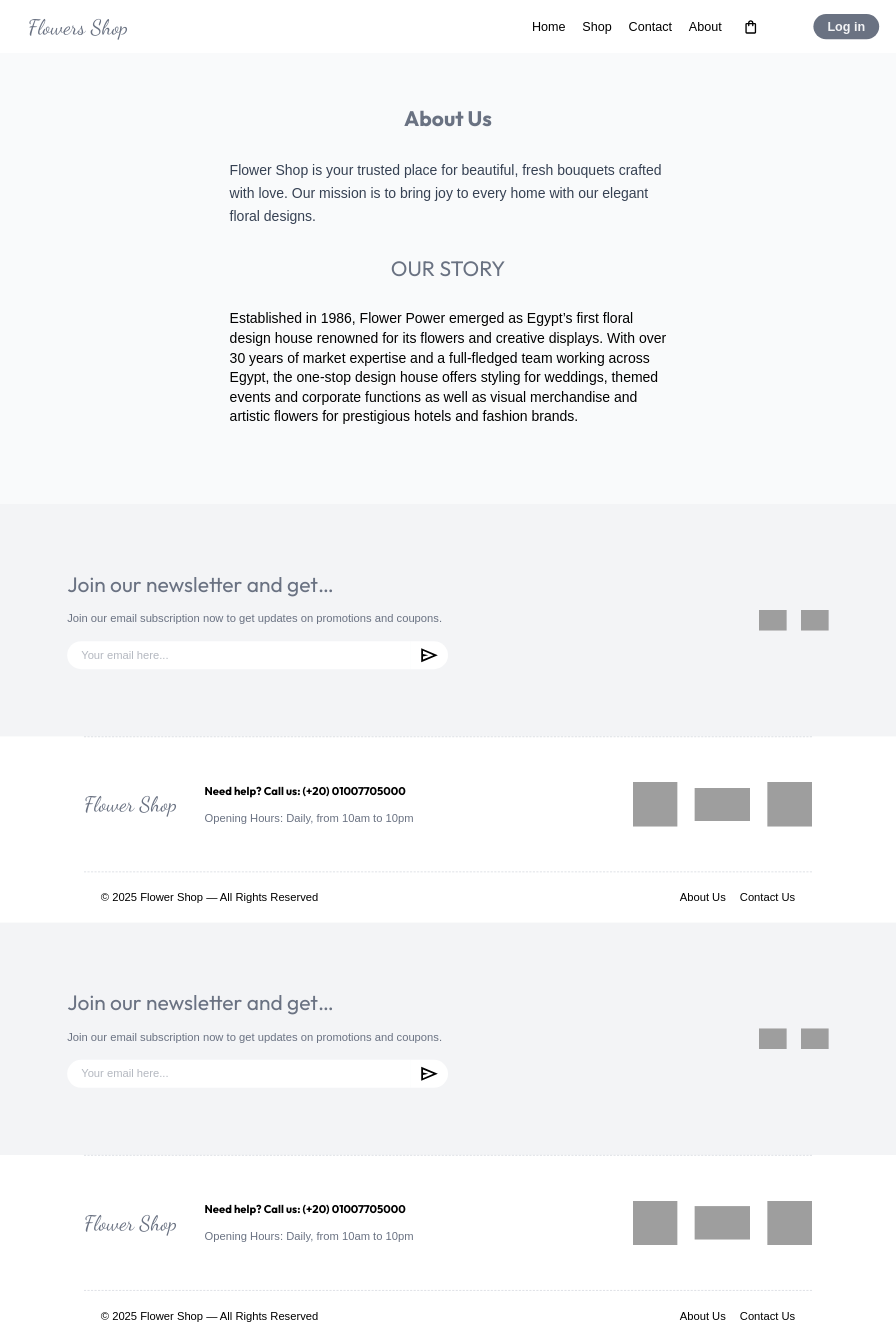
Repository: NotDebugger/flowers-shop
Page: /about
An editor plug-in stored every save of this project. The page is shown before and after the next save, followed by the edit.
The browser window is 1280 px wide. The pictures show the whole page, at 70% of full size.
Pictures or frames that could not be fetched are drawn as grey boxes. The page's requests for data from a server got no answer. Some web fonts or font styles are not loaded; a fallback is used. The project was rebuilt for these pictures with package versions that can differ from the ones it lists, and the page was loaded fresh each time. No one was signed in, and anything a server would have sent is missing. Also part of the build but not shown: vite.config.js, src/contexts/cartContext.js, src/hooks/useCart.js, src/components/ProductCard.jsx, src/pages/Shop.jsx, src/pages/ProductPage.jsx, src/pages/Cart.jsx, src/components/FeaturedProducts.jsx and 5 more.

Above is the page before, as saved 2026-04-06 15:04:57.

After the next save:
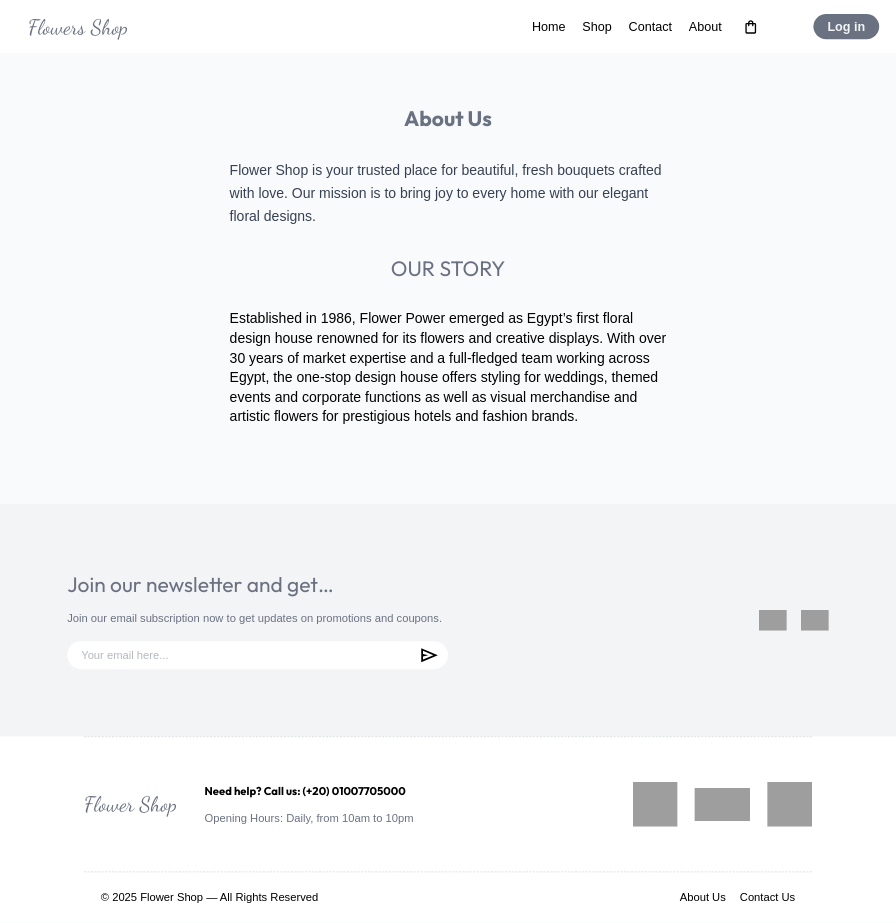
Saved 30 s later.
--- a/src/pages/About.jsx
+++ b/src/pages/About.jsx
@@ -1,28 +1,29 @@
-import Footer from "../components/Footer";
-
 export default function About() {
   return (
     <>
-    <div className="h-lvh flex justify-center items-center bg-gray-50">
-      <div className="p-6 max-w-2xl mx-auto mt-36 md:mt-10">
-        <h1 className="text-3xl font-bold mb-10 text-center text-gray-500 outfit">About Us</h1>
-        <p className="text-gray-700 leading-relaxed text-xl">
-          Flower Shop is your trusted place for beautiful, fresh bouquets
-          crafted with love. Our mission is to bring joy to every home with our
-          elegant floral designs.
-        </p>
-        <h2 className="text-3xl text-center my-10 text-gray-500 outfit">OUR STORY</h2>
-        <p className="text-xl">
-          Established in 1986, Flower Power emerged as Egypt’s first floral
-          design house renowned for its flowers and creative displays. With over
-          30 years of market expertise and a full-fledged team working across
-          Egypt, the one-stop design house offers styling for weddings, themed
-          events and corporate functions as well as visual merchandise and
-          artistic flowers for prestigious hotels and fashion brands.
-        </p>
+      <div className="h-lvh flex justify-center items-center bg-gray-50">
+        <div className="p-6 max-w-2xl mx-auto mt-36 md:mt-10">
+          <h1 className="text-3xl font-bold mb-10 text-center text-gray-500 outfit">
+            About Us
+          </h1>
+          <p className="text-gray-700 leading-relaxed text-xl">
+            Flower Shop is your trusted place for beautiful, fresh bouquets
+            crafted with love. Our mission is to bring joy to every home with
+            our elegant floral designs.
+          </p>
+          <h2 className="text-3xl text-center my-10 text-gray-500 outfit">
+            OUR STORY
+          </h2>
+          <p className="text-xl">
+            Established in 1986, Flower Power emerged as Egypt’s first floral
+            design house renowned for its flowers and creative displays. With
+            over 30 years of market expertise and a full-fledged team working
+            across Egypt, the one-stop design house offers styling for weddings,
+            themed events and corporate functions as well as visual merchandise
+            and artistic flowers for prestigious hotels and fashion brands.
+          </p>
+        </div>
       </div>
-      </div>
-      <Footer />
     </>
   );
 }
